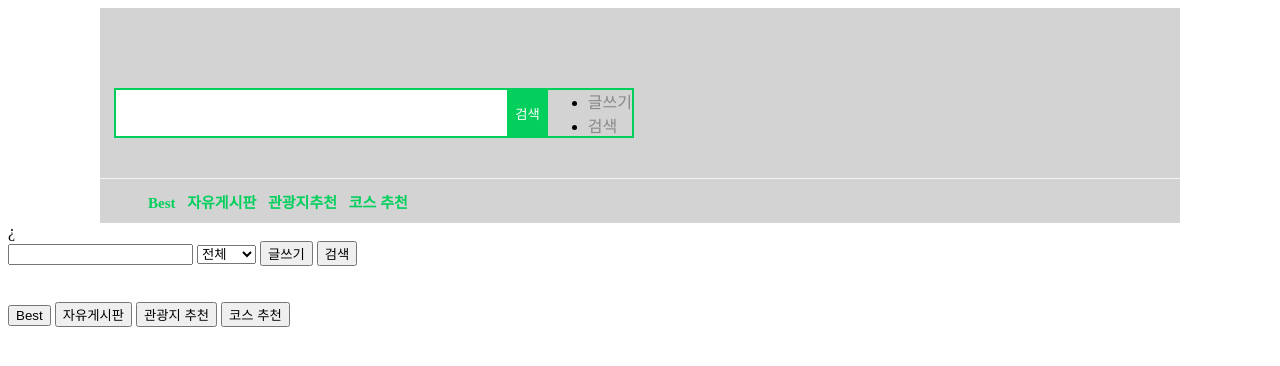
Repository: HJCroCat/project4
Page: http://localhost/koravle/boardMain.jsp
These files come from the project's save history. The page is drawn as it stood at one moment and after a run of saves; the edit follows.
The browser window is 1280 px wide. The pictures show the whole page.
The page is served by Tomcat 9. Nobody is signed in. The application's start-up code is not run. Other server files are loaded and not shown.

Above is the page before, as saved 2021-12-10 10:18:15.

### koravle/koravle/src/main/webapp/boardMain.jsp
<%@ page language="java" contentType="text/html; charset=UTF-8"
    pageEncoding="UTF-8"%>
<!DOCTYPE html>
<html>
<head>
<meta charset="UTF-8">
<title>Insert title here</title>

<link href="resources/style/stylecss.css" rel="stylesheet">
<script type="text/javascript" src="resources/js/jquery-1.7.1.js"></script>

</head>
<body>
	<header>
		<form>
	      <fieldset>
	        <legend class="visually-hidden">검색</legend>
	        <div class="search_box">
	          <input type="text" maxlength="225" tabindex="1" />
	          <button type="submit" tabindex="2">
	            	검색
	          </button>
	          <ul>
		          <li><a href="/">글쓰기</a></li>
		          <li><a href="/">검색</a></li>
	          </ul>
	        </div>
	      </fieldset>
	    </form>
		<nav>
	      <div class="nav_items">
	        <ul>
	      	  <li><a href="/">Best</a></li>
	          <li><a href="/">자유게시판</a></li>
	          <li><a href="/">관광지추천</a></li>
	          <li><a href="/">코스 추천</a></li>

	        </ul>
	      </div>
	    </nav>
	</header>


	<main>

	¿
		<div>
			<input type="text" name="searchWord" id="searchWord">
			<select name="selectSearch" id="selectSearch">
				<option value="1" selected>전체</option>
				<option value="boardName">글제목</option>
				<option value="regionName">관광지</option>
				<option value="boardWriter">작성자</option>
			</select>
			<button href="boardWrite.do" class="btn" >글쓰기</button>
			<button href="boardList.do" class="btn" >검색</button>
		</div>
		<div>
			<br/>
			<br/>

			<button class="btn" href="boardList.do" name="boardBest">Best</button>
			<button class="btn" href="boardList.do" name="boardFree">자유게시판</button>
			<button class="btn" href="boardList.do" name="boardRegion">관광지 추천</button>
			<button class="btn" href="boardList.do" name="boardCourse">코스 추천</button>

		</div>

	</main>

	<footer>

	</footer>
<script src="resources//js/jquery.min.js"></script>
<script src="resources/js/scripts.js"></script>

</body>
</html>

### koravle/koravle/src/main/webapp/resources/style/stylecss.css
* {
    box-sizing: border-box;
}

a {
    text-decoration: none; /* 기본 밑줄을 제거합니다 */
    color: #888;
}

a:hover {
  text-decoration: underline; /* 마우스 커서가 올라갔을 때 밑줄을 생성합니다*/
}

header {
    margin: auto; /* header의 양쪽 여백(margin)을 동등하게 맞춤 -> 수평가운데정렬 */
    width: 1080px;
    background: lightgray;
	height: 215px;
    display: flex;
    align-items: center; /* 하위 요소들 수직 가운데정렬 */
    position: relative;
}

fieldset {
    border: none; /* 기본 border 없애기(이 코드를 지우고 기본 border를 확인해보세요) */
}

.visually-hidden { /* legend 안보이게 설정. 이렇게하면 접근성을 준수하면서 디자인을 해치지 않습니다. */
    position: absolute !important;
    height: 1px;
    width: 1px;
    overflow: hidden;
    clip: rect(1px 1px 1px 1px);
    clip: rect(1px, 1px, 1px, 1px);
    white-space: nowrap;
}

.links { /* 링크들을 상단 우측에 위치시킵니다. */
    position: absolute;
    top: 0;
    right: 0;
}
  .link_text {
    font-size: 10px;
    margin-left: 5px;
  }
  .img_logo {
    margin-bottom: 12px;
    width: 220px;
    height: 65px;
  }
  .search_box {
    width: 520px;
    height: 50px;
    border: 2px solid #03cf5d;
    display: flex;
    align-items: center;
  }
  .search_box input {
    flex: 9; /* search-box내부에서 9만큼의 크기를 차지(비율) */
    height: 46px;
    padding-left: 12px;
    padding-right: 12px;
    border: none;
    outline: none;
    font-size: 18px;
  }
  .search_box button {
    flex: 1; /* search-box내부에서 1만큼의 크기를 차지(비율) */
    height: 46px;
    margin: 0;
    padding: 0;
    border: none;
    outline: none;
    background: #03cf5d;
    color: #ffffff;
  }
  /* nav */
  header > nav {
    width: 100%;
    height: 45px;
    position: absolute;
    bottom: 0;
  }
  .nav_items {
    width: 100%;
    height: 100%;
    display: flex;
    justify-content: space-between;
    align-items: center;
    font-size: 15px;
    font-weight: bold;
    border-top: 1px solid #f1f3f6;
  }
  .nav_items ul > li {
    display: inline-block;
    margin-left: 8px;
  }
  .nav_items ul > li:nth-child(-n + 7) > a { /* <ul>하위 7번째 <li>까지 각각 내부의 <a> 태그 접근 */
    color: #03cf5d;
  }
  .nav_items ul > li > a {
    text-decoration: none;
    cursor: pointer;
  }

  /* 재사용 클래스 */
  .color_naver {
    color: #03cf5d;
  }

Loaded but not shown: koravle/koravle/src/main/webapp/resources/js/jquery-1.7.1.js (library); koravle/koravle/src/main/webapp/resources/js/jquery.min.js (library)

After the next 2 saves:
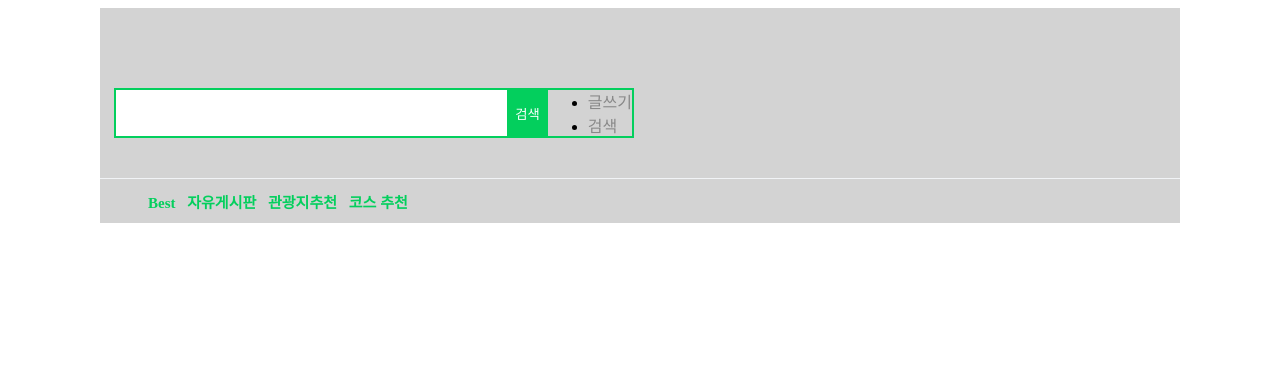
The 2 saves are shown as one change because they came seconds apart.
The last was saved 23 s later.
--- a/koravle/koravle/src/main/webapp/boardMain.jsp
+++ b/koravle/koravle/src/main/webapp/boardMain.jsp
@@ -43,7 +43,7 @@
 
 	<main>
 
-	¿
+	<!--
 		<div>
 			<input type="text" name="searchWord" id="searchWord">
 			<select name="selectSearch" id="selectSearch">
@@ -65,6 +65,7 @@
 			<button class="btn" href="boardList.do" name="boardCourse">코스 추천</button>
 
 		</div>
+	-->
 
 	</main>
 
